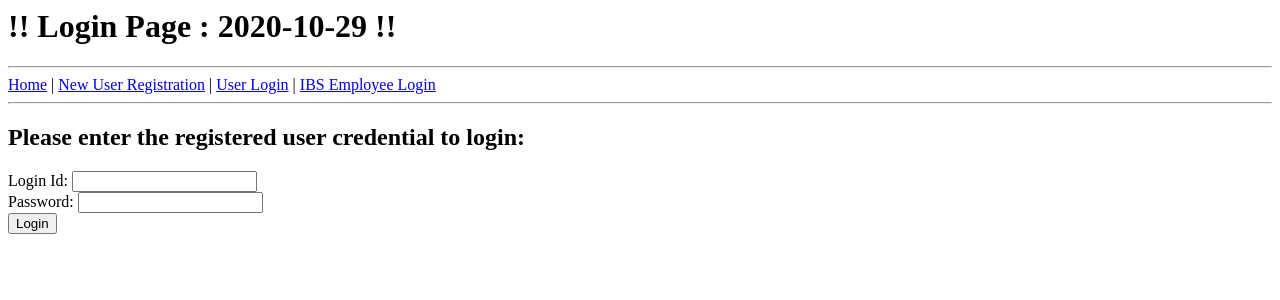
Repository: anik84/ibs
Page: http://localhost/IBS/user_login.jsp
The author's editor kept a copy of each file at every save. The page is drawn from the files as they stood at one save, then again after the next save.
The browser window is 1280 px wide. The pictures show the whole page.
The page is served by Tomcat 9.

Above is the page before, as saved 2020-10-29 06:07:53.

After the next save:
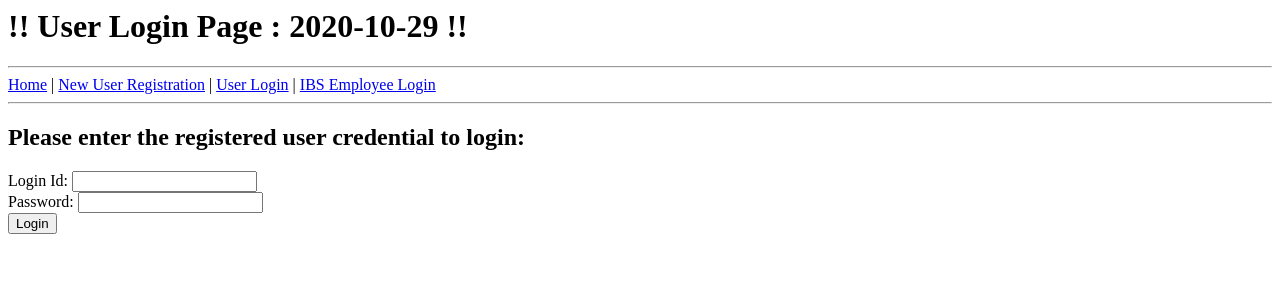
Saved 91 s later.
--- a/IBS_JSPs/IBS/WebContent/user_login.jsp
+++ b/IBS_JSPs/IBS/WebContent/user_login.jsp
@@ -4,7 +4,7 @@
 		<title>login page</title>
 	</head>
 	<body>
-		<h1>!! Login Page : <%=LocalDate.now() %> !!</h1>
+		<h1>!! User Login Page : <%=LocalDate.now() %> !!</h1>
 		<jsp:include page="user_menu.jsp"/>
 
 		<h2>Please enter the registered user credential to login:</h2>
